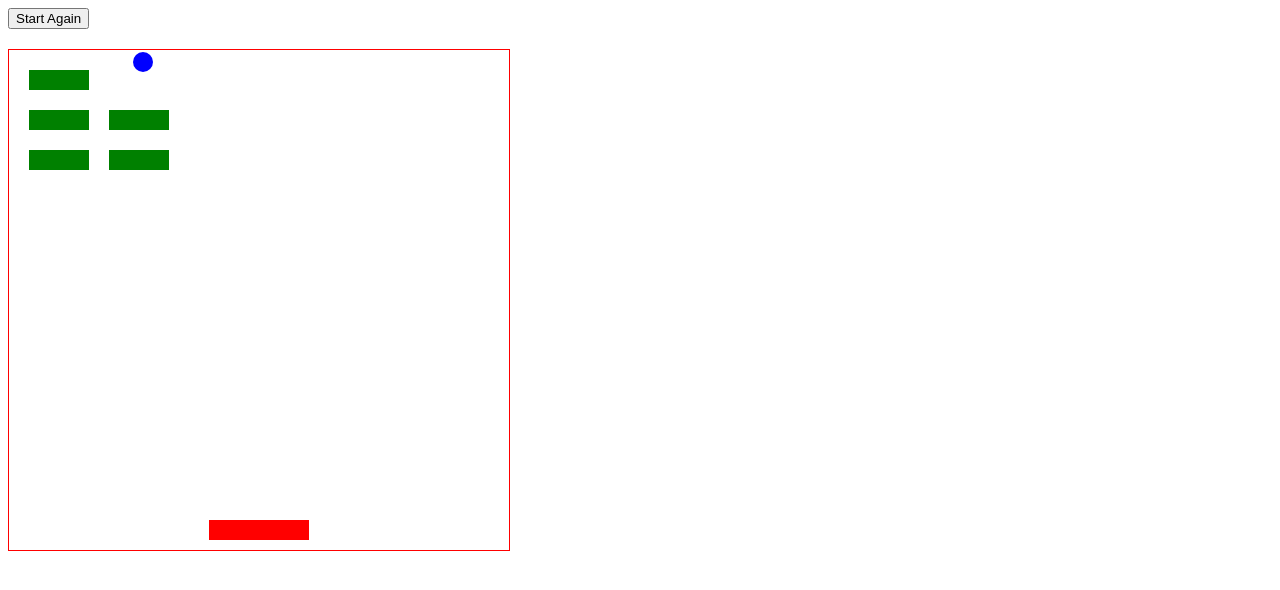
Repository: huynhsang96/CaseJS
Page: Demo_case/index.html
These files come from the project's save history. The page is drawn as it stood at one moment and after the next save; the edit follows.
The browser window is 1280 px wide. The pictures show the whole page.

Above is the page before, as saved 2022-02-20 00:31:54.

### Demo_case/index.html
<!DOCTYPE html>
<html lang="en">
<head>
    <meta charset="UTF-8">
    <meta http-equiv="X-UA-Compatible" content="IE=edge">
    <meta name="viewport" content="width=device-width, initial-scale=1.0">
    <title>Document</title>
    <style>

        canvas{
            margin-top: 20px;

        }
    </style>
</head>
<body>
    <div class="btn">
        <button class="btn-start">Start Again</button>
    </div>
    <canvas id="myCanvas" width="500" height="500" style="border:1px solid red;">


    <script src="./ball.js"></script>
    <script src="./bar.js"></script>
    <script src="./brick.js"></script>
    <script src="./main.js"></script>

    <script>

    </script>
</body>
</html>

### Demo_case/ball.js
class Ball{
    constructor(x, y, radius, color){
        this.x = x;
        this.y = y;
        this.radius = radius;
        this.color = color;
        this.speedX = 2;
        this.speedY = 3;
        this.canvas = document.getElementById("myCanvas");
        this.ctx = this.canvas.getContext('2d');
        this.isGameOver = false;
    }

    draw(){
        this.ctx.beginPath();
        this.ctx.arc(this.x, this.y, this.radius, 0, Math.PI * 2);
        this.ctx.fillStyle = this.color;
        this.ctx.fill();
        this.ctx.closePath();
    }

    updateBall(){
        this.x += this.speedX;
        this.y += this.speedY;
    }

    ballColiision(){
        if(this.x + this.radius > this.canvas.width || this.x < this.radius){
            this.speedX = -this.speedX;
        }
        if(this.y < this.radius){
            this.speedY = -this.speedY
        }
    }

    checkGame(){
        if(this.y + this.radius > this.canvas.height){
            this.isGameOver = true;
        }
    }

    move(){
        this.ctx.clearRect(0,0,this.canvas.width,this.canvas.height); // xóa canvas
        this.draw();
    }
}

### Demo_case/bar.js
class Bar{
    constructor(width, height, color){
        this.width = width;
        this.height = height;
        this.x = 200;
        this.y = 470;
        this.color = color;
        this.speed = 5;
        this.isMovingLeft = false;
        this.isMovingRight = false;
        this.canvas = document.getElementById("myCanvas");
        this.ctx = this.canvas.getContext('2d');
    }

    drawBar(){
        this.ctx.beginPath();
        this.ctx.rect(this.x, this.y, this.width, this.height);
        this.ctx.fillStyle = this.color;
        this.ctx.fill();
        this.ctx.closePath();
    }


    moveBar(){
        if(this.isMovingLeft && this.x > 0){
            this.x -= this.speed;
        }
        if(this.isMovingRight && this.x < this.canvas.width - this.width){
                this.x += this.speed;
            }
        }
}

### Demo_case/brick.js
class  Brick{
    constructor(){
        this.offsetX = 20;
        this.offsetY = 20;
        this.margin = 20;
        this.width = 60;
        this.height = 20;
        this.totalRow = 3;
        this.totalColum = 6;
        this.brickList = []
        this.isEndGame = false;
        this.canvas = document.getElementById("myCanvas");
        this.ctx = this.canvas.getContext('2d');
    }


    drawBrick(){
        this.brickList.forEach(element => {
            if(!element.isbroken){
                this.ctx.beginPath();
                this.ctx.rect(
                    element.x,
                    element.y,
                    this.width,
                    this.height,
                );
                this.ctx.fillStyle = "green";
                this.ctx.fill();
                this.ctx.closePath();
            }
        })
    }

    checkEndGame(){
        this.isEndGame = this.brickList.every(element =>{
            return element.isbroken == true;
        })
    }
}

### Demo_case/main.js
let ball = new Ball(250,150,10,"blue");
let bar = new Bar(100,20,"red");
let bricks = new Brick();


// --------------------------Event Keyboard---------------------

document.addEventListener("keydown",function(e){
    if(e.keyCode === 37){
        bar.isMovingLeft = true;
    }
    if(e.keyCode === 39){
        bar.isMovingRight = true;
    }
})


document.addEventListener("keyup",function(e){
    if(e.keyCode === 37){
        bar.isMovingLeft = false;
    }
    if(e.keyCode === 39){
        bar.isMovingRight = false;
    }
})

// ----------------------------Bar----------------------------

function barCollision(){
    if(ball.x + ball.radius >= bar.x &&
        ball.y + ball.radius >= bar.y &&
        ball.x + ball.radius <= bar.x + bar.width){

        ball.speedY = -ball.speedY;
    }
}

// ----------------------------Bricks------------------------

// Tạo danh sách Bricks
for(let i = 0; i < bricks.totalColum; i++){
    for(let j = 0; j < bricks.totalRow; j++){
        bricks.brickList.push({
            x: bricks.offsetX + i * (bricks.width + bricks.margin),
            y: bricks.offsetY + j * (bricks.height + bricks.margin),
            isbroken: false,
        })
    }
}

// xử lý va chạm
function BricksCollision(){
    bricks.brickList.forEach(function(element){
        if(!element.isbroken){
            if(ball.x >= element.x &&
                ball.x <= element.x + bricks.width &&
                ball.y + ball.radius >= element.y &&
                ball.y - ball.radius ){
                ball.speedY = -ball.speedY;
                element.isbroken = true;
            }
        }
    })
}

// bricks.brickList.forEach(element =>{
//     if(!element.isbroken){
//         if(ball.x + ball.radius >= element.x &&
//             ball.x + ball.radius <= element.x + bricks.width &&
//             ball.y + ball.radius >= element.y &&
//             ball.y + ball.radius <= element.y + bricks.height){
//
//         }
//     }
// }

function play(){
    ball.checkGame();
    bricks.checkEndGame();

    if(!ball.isGameOver && !bricks.isEndGame){
        ball.move();
        ball.updateBall();
        ball.ballColiision();

        bar.drawBar();
        bar.moveBar();
        barCollision();

        bricks.drawBrick();
        BricksCollision();

        requestAnimationFrame(play); // Giống đệ quy
    }else{
        alert("End Game!");
    }
}

play()

After the next save:
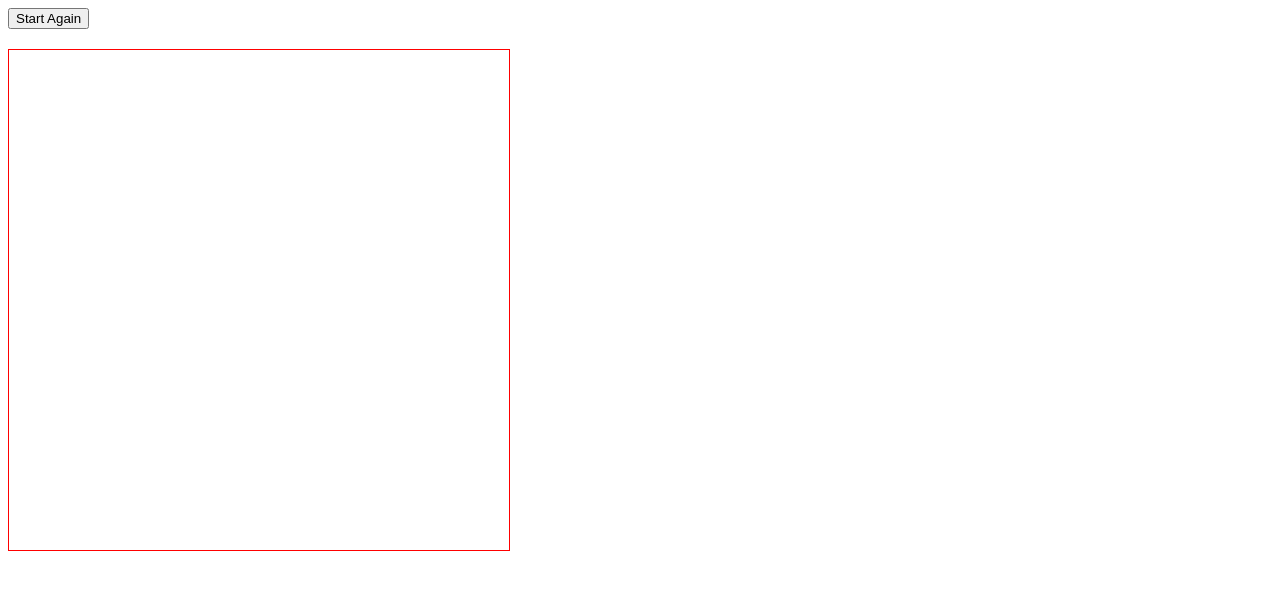
Console error: SyntaxError: Unexpected token ')'
Saved 25 s later.
--- a/Demo_case/main.js
+++ b/Demo_case/main.js
@@ -55,7 +55,7 @@
             if(ball.x >= element.x &&
                 ball.x <= element.x + bricks.width &&
                 ball.y + ball.radius >= element.y &&
-                ball.y - ball.radius ){
+                ball.y - ball.radius <= element.y +){
                 ball.speedY = -ball.speedY;
                 element.isbroken = true;
             }

After the save that followed:
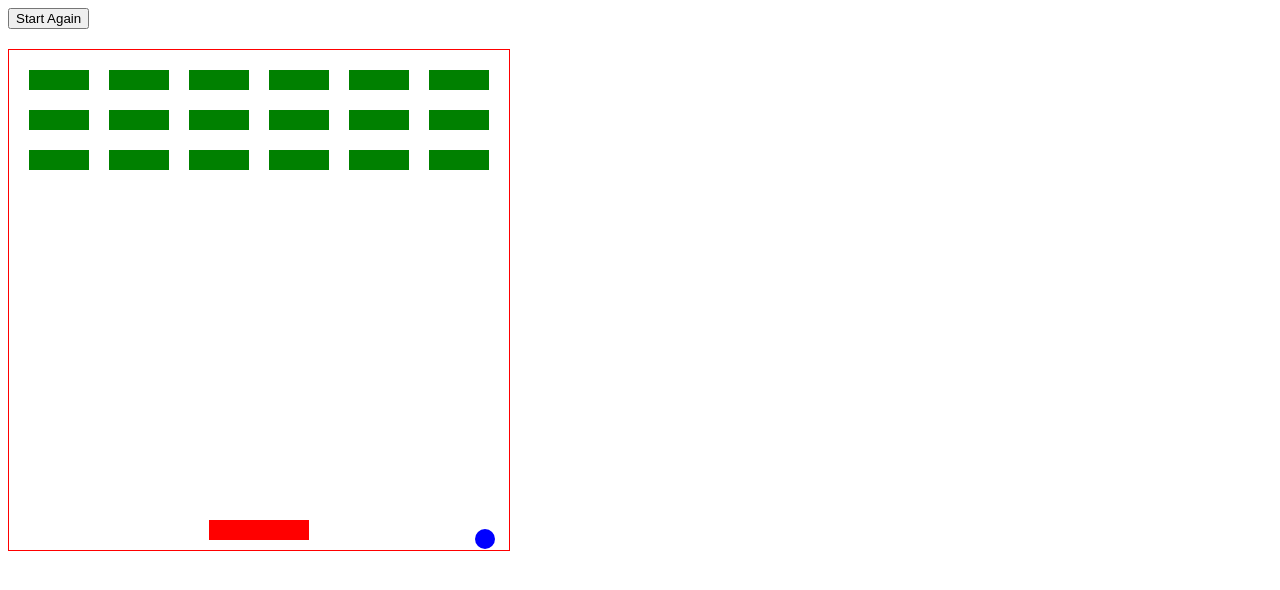
The error is gone.
Saved 13 s later.
--- a/Demo_case/main.js
+++ b/Demo_case/main.js
@@ -55,7 +55,7 @@
             if(ball.x >= element.x &&
                 ball.x <= element.x + bricks.width &&
                 ball.y + ball.radius >= element.y &&
-                ball.y - ball.radius <= element.y +){
+                ball.y - ball.radius <= element.y + bricks.height){
                 ball.speedY = -ball.speedY;
                 element.isbroken = true;
             }
